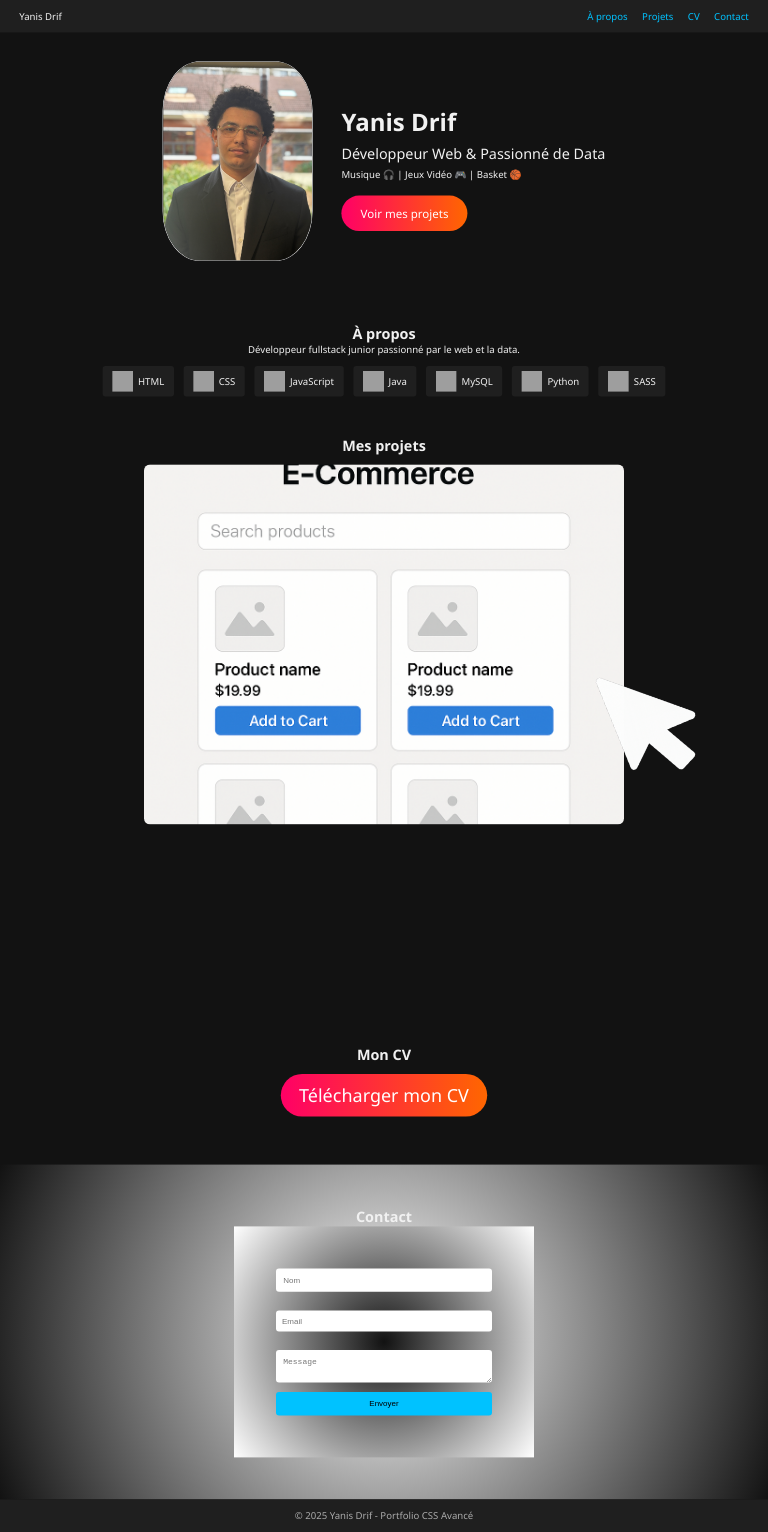
Repository: Yxniiss/ProjetCssAvance
Page: OneDrive/Bureau/Portfolio DrifYanis/home.html
The author's editor kept a copy of each file at every save. The page is drawn from the files as they stood at one save, then again after the next save.
The browser window is 1280 px wide. The pictures show the whole page, at 60% of full size.
Pictures or frames that could not be fetched are drawn as grey boxes.

Above is the page before, as saved 2025-04-10 19:04:11.
Console error: TypeError: Cannot set properties of null (setting 'textContent')

### OneDrive/Bureau/Portfolio DrifYanis/home.html
<!DOCTYPE html>
<html lang="fr">
<head>
  <meta charset="UTF-8" />
  <meta name="viewport" content="width=device-width, initial-scale=1.0" />
  <title>Portfolio - Yanis Drif</title>
  <link rel="stylesheet" href="/style.css" />
  <script defer src="/script.js"></script>
</head>
<body>
  <nav class="navbar">
    <div class="logo">Yanis Drif</div>
    <ul class="nav-links">
      <li><a href="#apropos">À propos</a></li>
      <li><a href="#projets">Projets</a></li>
      <li><a href="#cv">CV</a></li>
      <li><a href="#contact">Contact</a></li>
    </ul>
  </nav>

  <header class="hero">
    <img src="/image/IMG_0965 (2).jpeg" alt="Photo de profil" class="hero__image" />
    <div class="hero__content">
      <h1 class="hero__name">Yanis Drif</h1>
      <p class="hero__tagline">Développeur <span>Web</span> & Passionné de Data</p>
      <p class="hero__desc">Musique 🎧 | Jeux Vidéo 🎮 | Basket 🏀</p>
      <a href="#projets" class="btn">Voir mes projets</a>
    </div>
  </header>

  <section id="apropos" class="section about">
    <h2>À propos</h2>
    <p>Développeur fullstack junior passionné par le web et la data.</p>
    <div class="skills">
      <div class="skill"><img src="https://devicon-website.vercel.app/api/html5/original-wordmark.svg" alt="HTML">HTML</div>
      <div class="skill"><img src="https://devicon-website.vercel.app/api/css3/original-wordmark.svg" alt="CSS">CSS</div>
      <div class="skill"><img src="https://devicon-website.vercel.app/api/javascript/original.svg" alt="JavaScript">JavaScript</div>
      <div class="skill"><img src="https://devicon-website.vercel.app/api/java/original-wordmark.svg" alt="Java">Java</div>
      <div class="skill"><img src="https://devicon-website.vercel.app/api/mysql/plain-wordmark.svg" alt="MySQL">MySQL</div>
      <div class="skill"><img src="https://devicon-website.vercel.app/api/python/original-wordmark.svg" alt="Python">Python</div>
      <div class="skill"><img src="https://devicon-website.vercel.app/api/sass/original.svg" alt="SASS">SASS</div>
    </div>
  </section>

  <section id="projets" class="section projets">
    <h2>Mes projets</h2>
    <div class="projects carousel">
      <a href="https://eloquent-stardust-faed17.netlify.app/"><img src="image/ChatGPT Image 10 avr. 2025, 11_03_09.png" alt="Projet 1"/></a>
      <a href="https://challengeweb.netlify.app/"><img src="/image/ChatGPT Image 10 avr. 2025, 11_09_31.png" alt="Projet 2" /></a>
      <a href="https://landingpagecat.netlify.app/"><img src="/image/ChatGPT Image 10 avr. 2025, 11_11_38.png" alt="Projet 3" /></a>
    </div>
    <div class="cursor2">
      <img src="/image/fecd8f8b-00be-49a2-b5b1-3fb5a8c2059e.png">
    </div>
  </section>

  <section id="cv" class="section_cv">
    <div class="cv-container">
      <h2>Mon CV</h2>
      <a href="/doc/CV Yanis (1) (1).pdf" download class="btn2">Télécharger mon CV</a>
    </div>
  </section>

  <section id="contact" class="section contact">
    <h2>Contact</h2>
    <form class="contact-form">
      <input type="text" placeholder="Nom" required />
      <input type="email" placeholder="Email" required />
      <textarea placeholder="Message" required></textarea>
      <button type="submit">Envoyer</button>
    </form>
  </section>

  <footer>
    <p>&copy; 2025 Yanis Drif - Portfolio CSS Avancé</p>
  </footer>
</body>
</html>

### OneDrive/Bureau/Portfolio DrifYanis/style.css
* {
    margin: 0;
    padding: 0;
    box-sizing: border-box;
  }

  body {
    font-family: "Segoe UI", sans-serif;
    background-color: #121212;
    color: #f1f1f1;
  }


  .navbar {
    display: flex;
    justify-content: space-between;
    padding: 1rem 2rem;
    background-color: #1f1f1f;
  }

  .nav-links {
    display: flex;
    list-style: none;
    gap: 1.5rem;
  }

  .nav-links a {
    color: #00c2ff;
    text-decoration: none;
  }

  .hero {
    padding: 3rem 1rem;
    text-align: center;

  }









  .section {
    padding: 2rem 1rem;
    text-align: center;
  }

  .projects {
    display: flex;
    justify-content: center;
    gap: 1rem;
    flex-wrap: wrap;
    margin-top: 1rem;
  }

  .projects img {
    width: 800px;
    height: 600px;
    -o-object-fit: cover;
       object-fit: cover;
    border-radius: 10px;
  }

  .cursor2 img{
    width: 250px;
    position:relative;
    bottom:300px;
    left:450px;
    transform: rotate(-15deg);

  }

  .skills {
    display: flex;
    flex-wrap: wrap;
    gap: 1rem;
    justify-content: center;
    margin-top: 1rem;
  }

  .skill {
    display: flex;
    align-items: center;
    gap: 0.5rem;
    background-color: #1f1f1f;
    padding: 0.5rem 1rem;
    border-radius: 5px;
    transition: 0.3s ease, opacity 0.3s ease;
  }

  .skill:hover{
    transform: scale(1.2);
    opacity: 0.8;
  }

  .skill img {
    width: 35px;
    height: 35px;
  }

  footer {
    padding: 1rem;
    text-align: center;
    background-color: #1f1f1f;
    color: #aaa;
  }



  .btn:hover{
    box-shadow: 0 10px 20px rgba(255,0,102,0.5);
    transform: translateY(-3px);
    text-decoration: none;
  }

  .section_cv{
    padding: 2rem 1rem ;
    margin-top: -rem;
  }
  .cv-container {
    text-align: center;
    margin: 3rem auto;
    display: flex;
    flex-direction: column;
    align-items: center;
    gap: 1rem;
  }

  .btn2 {
    padding: 15px 30px;
    font-size: 30px;
    color: white;
    background: linear-gradient(90deg, #ff0066, #ff6600);
    border: none;
    border-radius: 50px;
    cursor: pointer;
    box-shadow: 0 4px 15px rgba(255, 0, 102, 0);
    transition: box-shadow 0.3s ease, transform 0.3s ease;
    text-decoration: none;
  }

  .btn2:hover {
    box-shadow: 0 10px 20px rgba(255, 0, 102, 0.5);
    transform: translateY(-3px);
  }

  /* Responsive padding ajusté si besoin */
  @media (max-width: 768px) {
    .btn2 {
      font-size: 20px;
      padding: 12px 24px;
    }

    .cv-container h2 {
      font-size: 24px;
    }
  }


  #contact{
    padding: 70px;
    background:radial-gradient(circle, #fff, #121212)
  }
  .contact-form {
    max-width: 500px;
    margin: auto;
    padding: 70px;
    display: flex;
    flex-direction: column;
    gap: 1rem;
    background:radial-gradient(circle, #121212, #fff);
  }

  .contact-form input,
  .contact-form textarea {
    padding: 0.75rem;
    border: none;
    border-radius: 5px;
  }

  .contact-form button {
    background-color: #00c2ff;
    color: #000;
    padding: 0.75rem;
    border: none;
    border-radius: 5px;
    cursor: pointer;
  }



  .start h1{
    text-align: left;
    margin-top: 100px;
    font-size: 35px;
    margin-left: 100px;
  }

  .start h2{
    text-align: left;
    margin-top: 1px;
    font-size: 70px;
    margin-left: 100px;
  }

  .start h3{
    text-align: left;
    margin-top: 1px;
    font-size: 35px;
    margin-left: 100px;
  }

  #mot {
    color:#00c2ff;
  }

  #cursor{
    display: inline-block;
    width: 10px;
    background-color:black;
    animation: blink 0.8s step-end infinite;
  }

  @keyframes blink{
    50% {
      opacity: 0;
    }
  }

  @keyframes typing{
    from{
      width: 0;
    }
    to{
      width: 100%;
    }
  }

  #main{
    opacity: 0;
    transform: translateY(0);
    transition: opacity 5s ease, transform 5s ease;
  }

  body.loaded #main{
    opacity: 1;
    transform: translateY(0);
  }


  .start p{
    text-align: left;
    margin-left: 100px;
    margin-top: 20px;
    font-size: 20px;
  }

  .ntwrks {
    position: absolute;
    top: 410px;
    left: 110px;
    display: flex;
    flex-wrap: wrap;
    gap: 1rem;
  }

  .ntwrk {
    display: flex;
    align-items: center;
    gap: 0.5rem;
    background-color: #1f1f1f;
    padding: 1rem 1rem;
    border-radius: 100px;
    transition: 0.3s ease, opacity 0.3s ease;
  }

  .ntwrk:hover{
    transform: scale(1.2);
    opacity: 0.8;
  }

  .ntwrk img {
    width: 30px;
    height: 30px;
  }

  .modern-button{
    background-color:#00c2ff;
    font-size: 16px;
    font-weight: bold;
    border:none;
    padding: 15px 30px;
    border-radius: 25px;
    cursor: pointer;
    outline: none;
    position: relative;
    right:550px;
    top:120px;
    animation:glow 1.5s infinite alternate;
    transition: 0.3s ease, opacity 0.3s ease;
  }

  .modern-button a{
    color:white;
    text-decoration: none;
  }

  .modern-button:hover{
    transform: scale(1.2);
    opacity: 1;
  }

  @keyframes glow{
    0%{
      box-shadow: 0 0 10px 5px rgba(0, 194, 255, 0.6), 0 0 20px 10px rgba(0, 194, 255, 0.4);
    }
    100%{
      box-shadow: 0 0 20px 10px rgba(0, 194, 255, 1), 0 0 30px 15px rgba(0, 194, 255, 0.8);
    }
  }

  .image{
    max-width: 30%;
    position: relative;
    bottom: 350px;
    left: 350px;
  }

  /* Overlay de fond */
.modal {
  display: none; /* 👈 cachée par défaut */
  position: fixed;
  z-index: 1000;
  left: 0;
  top: 0;
  width: 100%;
  height: 100%;
  overflow: auto;
  background-color: rgba(0, 0, 0, 0.6); /* fond assombri */
}

/* Contenu de la modale */
.modal-content {
  background-color: #1f1f1f;
  margin: 10% auto;
  padding: 30px;
  border-radius: 10px;
  width: 90%;
  max-width: 400px;
  color: white;
}

/* Champs du formulaire */
input[type="email"],
input[type="password"] {
  width: 100%;
  padding: 10px;
  margin: 15px 0;
  border-radius: 5px;
  border: none;
}

.modal-content h4 {
  text-align: center;
  margin-bottom: 20px;
  font-size: 1.5rem;
  font-weight: 600;
}

.modal-content h4 {
  text-align: center;
  margin-bottom: 20px;
  font-size: 1.5rem;
  font-weight: 600;
}

.modal-content button {
  display: block;
  width: 100%;
  padding: 12px;
  margin-top: 15px;
  font-size: 1rem;
  border-radius: 25px;
  background-color: #00c2ff;
  color: white;
  border: none;
  cursor: pointer;
  transition: background-color 0.3s ease;
}

.modal-content button:hover {
  background-color: #00a6d6;
}

/* Bouton de fermeture */
.close {
  color: #aaa;
  float: right;
  font-size: 28px;
  font-weight: bold;
  cursor: pointer;
}
.close:hover {
  color: #fff;
}


.hero {
  display: flex;
  flex-direction: column;
  align-items: center;
  padding: 3rem 1rem;
  text-align: center;
}

.hero__image {
  border-radius: 25%;
  width: 250px;
  border: 1px solid #ffffff;
  margin-bottom: 1.5rem;
}

.hero__content {
  max-width: 600px;
}

.hero__name {
  font-size: 2.5rem;
  margin-bottom: 0.5rem;
}

.hero__tagline {
  font-size: 1.5rem;
  margin-bottom: 0.5rem;
}

.hero__desc {
  margin-bottom: 1.5rem;
}

.btn {
  padding: 1rem 2rem;
  font-size: 1.2rem;
  border-radius: 50px;
  background: linear-gradient(90deg, #ff0066, #ff6600);
  color: white;
  text-decoration: none;
  display: inline-block;
  transition: 0.3s ease;
}

.btn:hover {
  transform: translateY(-3px);
  box-shadow: 0 10px 20px rgba(255, 0, 102, 0.5);
}

@media (min-width: 768px) {
  .hero {
    flex-direction: row;
    justify-content: center;
    text-align: left;
    gap: 3rem;
  }

  .hero__content {
    text-align: left;
  }
}

.loading-screen {
  display: none; /* reste caché tant qu'on ne clique pas */
  position: fixed;
  z-index: 2000;
  top: 0; left: 0;
  width: 100%;
  height: 100%;
  background-color: #121212;
  color: white;
  flex-direction: column;
  align-items: center;
  justify-content: center;
  font-size: 1.2rem;
}


.spinner {
  border: 6px solid #f3f3f3;
  border-top: 6px solid #00c2ff;
  border-radius: 50%;
  width: 60px;
  height: 60px;
  animation: spin 1s linear infinite;
  margin-bottom: 20px;
}

@keyframes spin {
  0% { transform: rotate(0deg); }
  100% { transform: rotate(360deg); }
}

### OneDrive/Bureau/Portfolio DrifYanis/script.js
document.addEventListener('DOMContentLoaded', () => {
  // Scroll fluide
  document.querySelectorAll('a[href^="#"]').forEach(anchor => {
    anchor.addEventListener('click', function (e) {
      e.preventDefault();
      const target = document.querySelector(this.getAttribute('href'));
      if (target) {
        target.scrollIntoView({ behavior: 'smooth' });
      }
    });
  });

  // Carrousel automatique
  const images = document.querySelectorAll('.carousel img');
  let currentIndex = 0;

  function showSlide(index) {
    images.forEach((img, i) => {
      img.style.display = i === index ? 'block' : 'none';
    });
  }

  function nextSlide() {
    currentIndex = (currentIndex + 1) % images.length;
    showSlide(currentIndex);
  }

  if (images.length > 0) {
    showSlide(currentIndex);
    setInterval(nextSlide, 3000);
  }

  // Texte animé
  const mot = ["Etudiant", "Developpeur web", "Pasionné de code", "Developpeur fullstack"];
  let index = 0;
  const element = document.getElementById("mot");
  const cursor = document.getElementById("cursor");

  let typingInterval;
  let currentWord = "";
  let currentCharIndex = 0;

  function commencerTypingAnimation() {
    currentWord = mot[index];
    currentCharIndex = 0;
    element.textContent = '';

    typingInterval = setInterval(() => {
      element.textContent += currentWord.charAt(currentCharIndex);
      currentCharIndex++;

      if (currentCharIndex === currentWord.length) {
        clearInterval(typingInterval);
        setTimeout(changerMot, 1000);
      }
    }, 150);
  }

  function changerMot() {
    element.textContent = mot[index];
    index++;
    if (index === mot.length) {
      index = 0;
    }
    commencerTypingAnimation();
  }
  commencerTypingAnimation();

  // Chargement du body
  window.addEventListener('load', function () {
    document.body.classList.add('loaded');
  });

  // Login modal + chargement
  const modal = document.getElementById("loginModal");
  const btn = document.getElementById("openModal");
  const span = document.querySelector(".close");
  const emailField = document.getElementById("email");
  const passwordField = document.getElementById("password");
  const loginForm = document.getElementById("loginForm");
  const loadingScreen = document.getElementById("loadingScreen");

  btn.onclick = function () {
    modal.style.display = "block";
    typeWriter(emailField, "user@example.com", () => {
      typeWriter(passwordField, "monmotdepasse");
    });
  };

  span.onclick = function () {
    modal.style.display = "none";
  };

  window.onclick = function (event) {
    if (event.target == modal) {
      modal.style.display = "none";
    }
  };

  function typeWriter(element, text, callback) {
    let i = 0;
    element.value = "";
    const speed = 50;
    const interval = setInterval(() => {
      element.value += text.charAt(i);
      i++;
      if (i === text.length) {
        clearInterval(interval);
        if (callback) callback();
      }
    }, speed);
  }

  loginForm.addEventListener("submit", (e) => {
    e.preventDefault();
    modal.style.display = "none";
    loadingScreen.style.display = "flex";

    setTimeout(() => {
      window.location.href = "/home.html";
    }, 3000);
  });
});

After the next save:
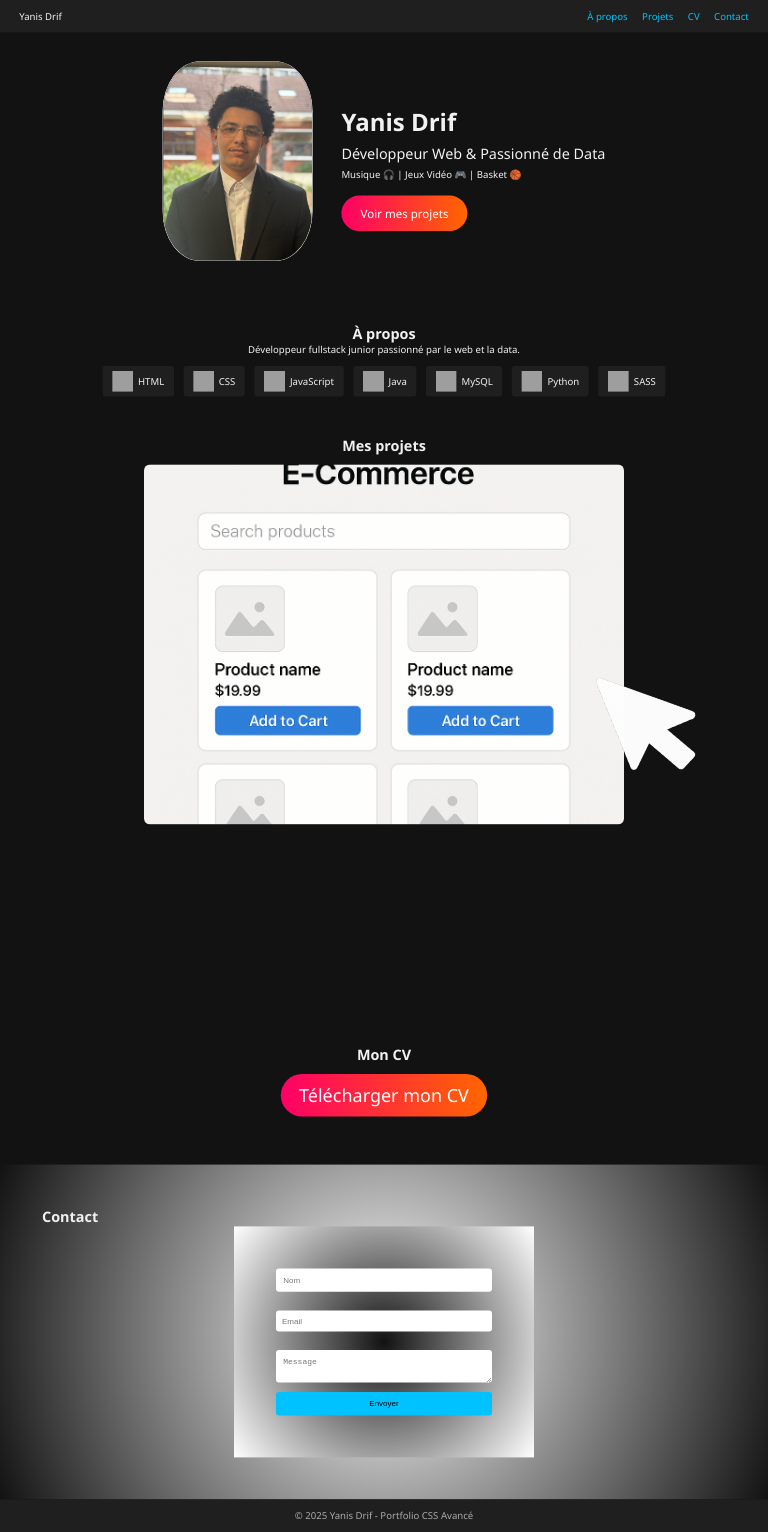
Saved 5 min 43 s later.
--- a/OneDrive/Bureau/Portfolio DrifYanis/home.html
+++ b/OneDrive/Bureau/Portfolio DrifYanis/home.html
@@ -61,7 +61,7 @@
     </div>
   </section>
 
-  <section id="contact" class="section contact">
+  <section id="contact" class="section_contact">
     <h2>Contact</h2>
     <form class="contact-form">
       <input type="text" placeholder="Nom" required />
